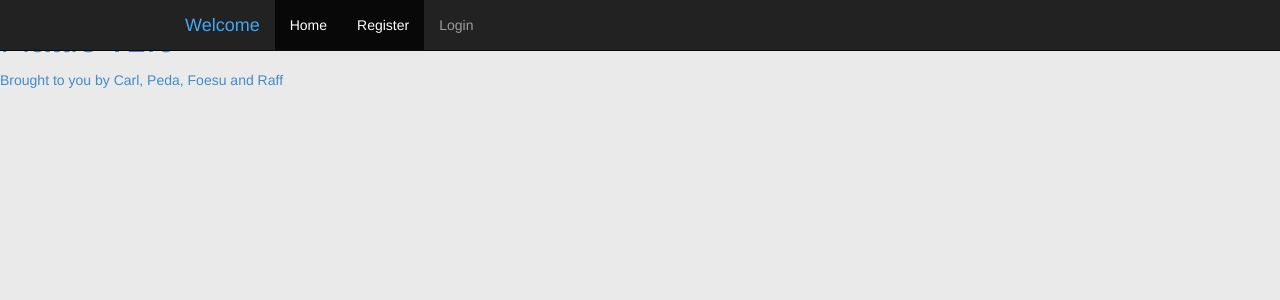
Repository: ese-unibe-ch/ese2014-team2
Page: http://localhost/Skeleton/pages/template/headerindex.jsp
These files come from the project's save history. The page is drawn as it stood at one moment and after the next save; the edit follows.
The browser window is 1280 px wide. The pictures show the whole page.
Some web libraries are served in a nearby version. The page is served by Tomcat 9. Nobody is signed in. The application's start-up code is not run. The template is opened directly, without the code that normally fills it, so the values that code supplies are empty.

Above is the page before, as saved 2014-10-30 13:39:56.
Console error (its wording comes from the project's code and is left out).

After the next save:
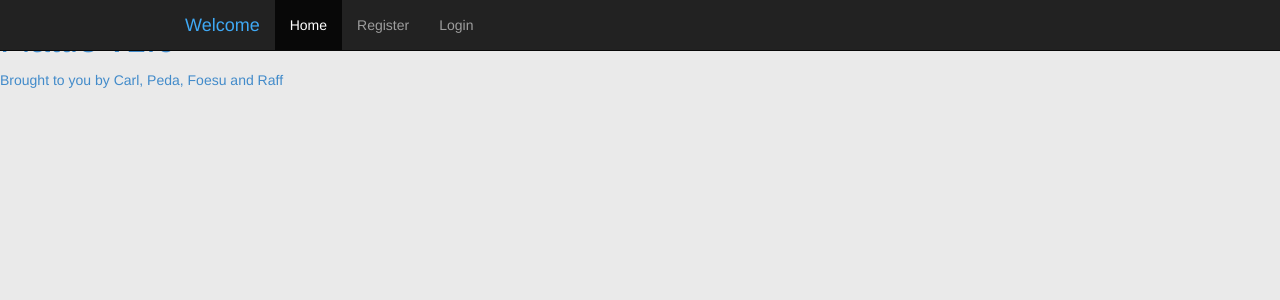
Saved 66 s later.
--- a/Skeleton/src/main/webapp/pages/template/headerindex.jsp
+++ b/Skeleton/src/main/webapp/pages/template/headerindex.jsp
@@ -68,7 +68,7 @@
         <div id="navbar" class="navbar-collapse collapse">
           <ul class="nav navbar-nav">
             <li class="active"><a href="/Skeleton">Home</a></li>
-            <li class="active"><a href="register">Register</a></li>
+            <li><a href="register">Register</a></li>
             <li><a href="#" id="loginButton"><span>Login</span><em></em></a>
                 <div style="clear:both"></div>
                 <div id="loginBox">
